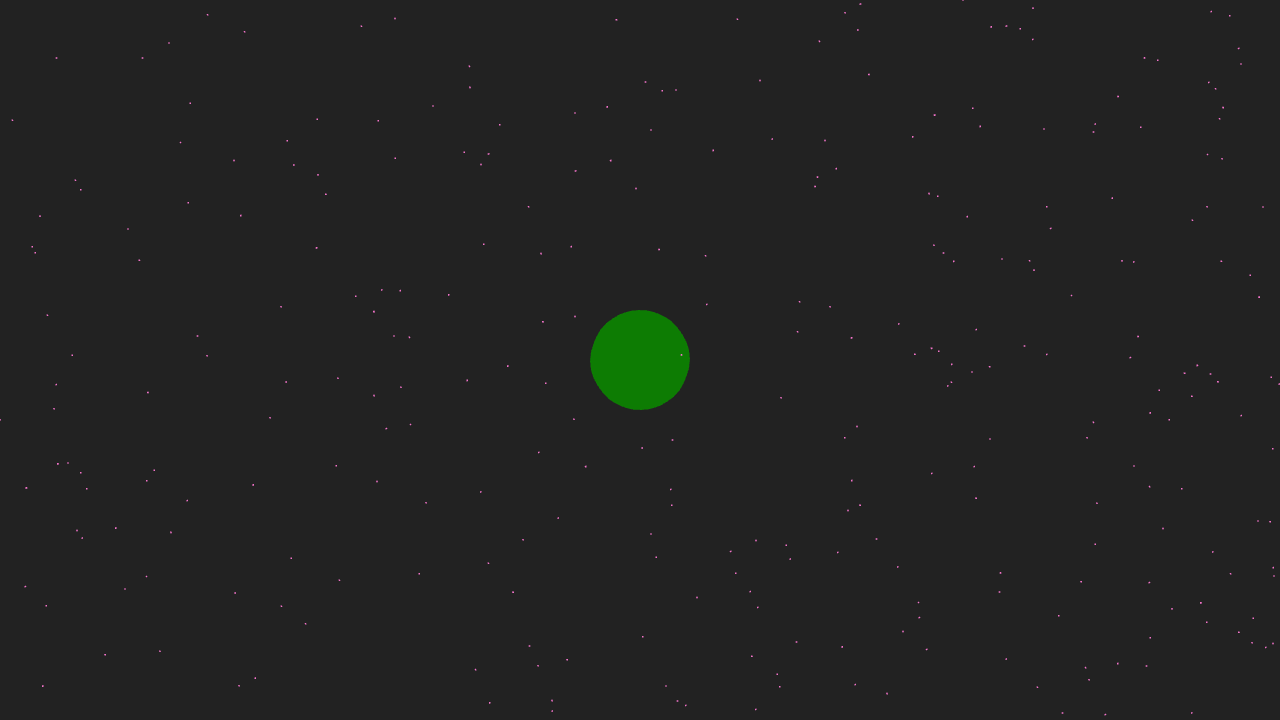
Repository: ZakariaZhlat125/multiple3dWindow
Page: index.html
These files come from the project's save history. The page is drawn as it stood at one moment and after the next save; the edit follows.
The browser window is 1280 px wide. The pictures show the whole page.

Above is the page before, as saved 2023-12-03 22:44:42.

After the next save:
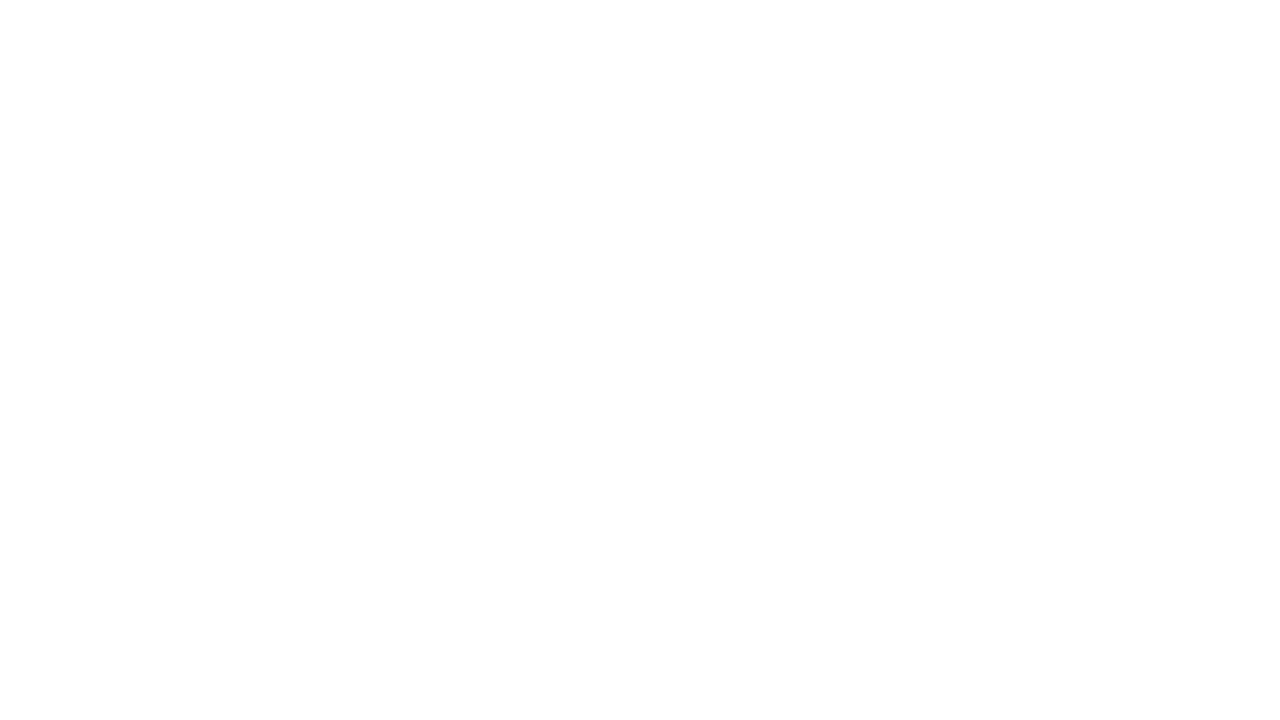
Console error: SyntaxError: Unexpected token ')'
Saved 4 s later.
--- a/main.js
+++ b/main.js
@@ -201,7 +201,7 @@
     const material = new t.PointsMaterial({
       transparent: true,
       color: 0xf272c8,
-      size: 0.8+Math.random(),
+      size: 0.8+Math.random()*(),
       sizeAttenuation: true,
       depthWrite: false,
     });

After the save that followed:
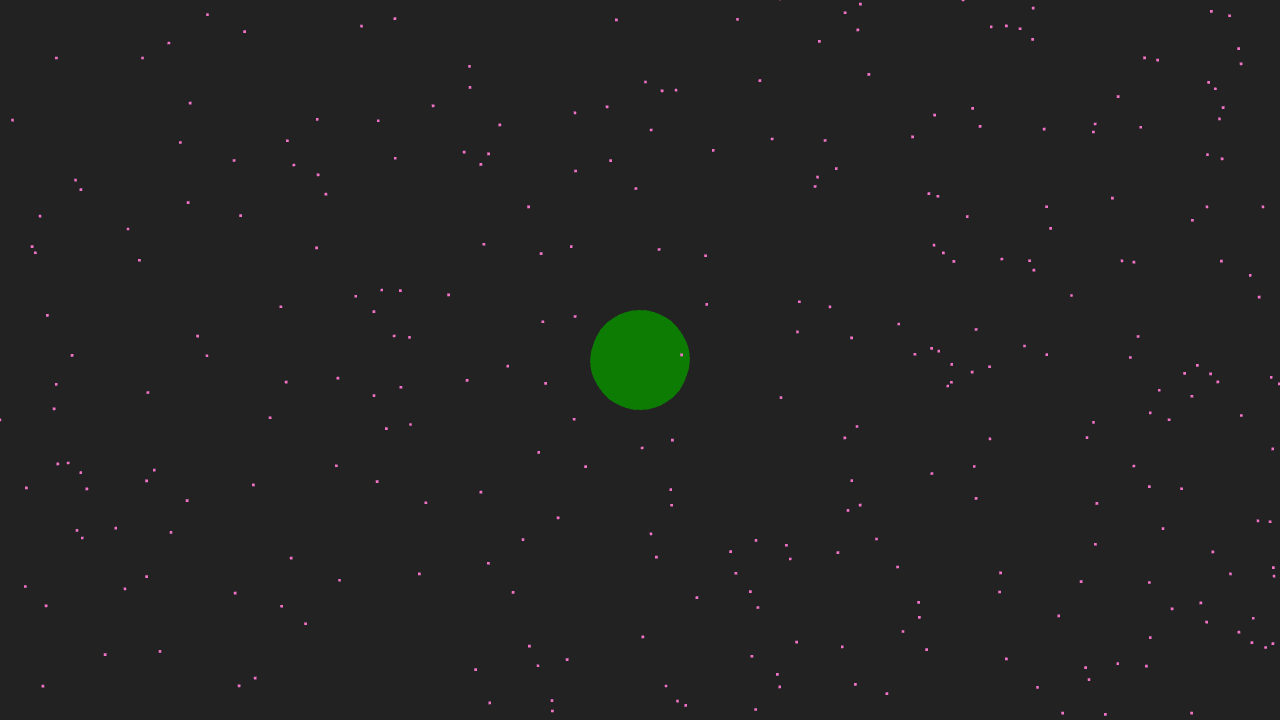
The error is gone.
Saved 5 s later.
--- a/main.js
+++ b/main.js
@@ -201,7 +201,7 @@
     const material = new t.PointsMaterial({
       transparent: true,
       color: 0xf272c8,
-      size: 0.8+Math.random()*(),
+      size: 0.8+Math.random()*(2.5),
       sizeAttenuation: true,
       depthWrite: false,
     });
